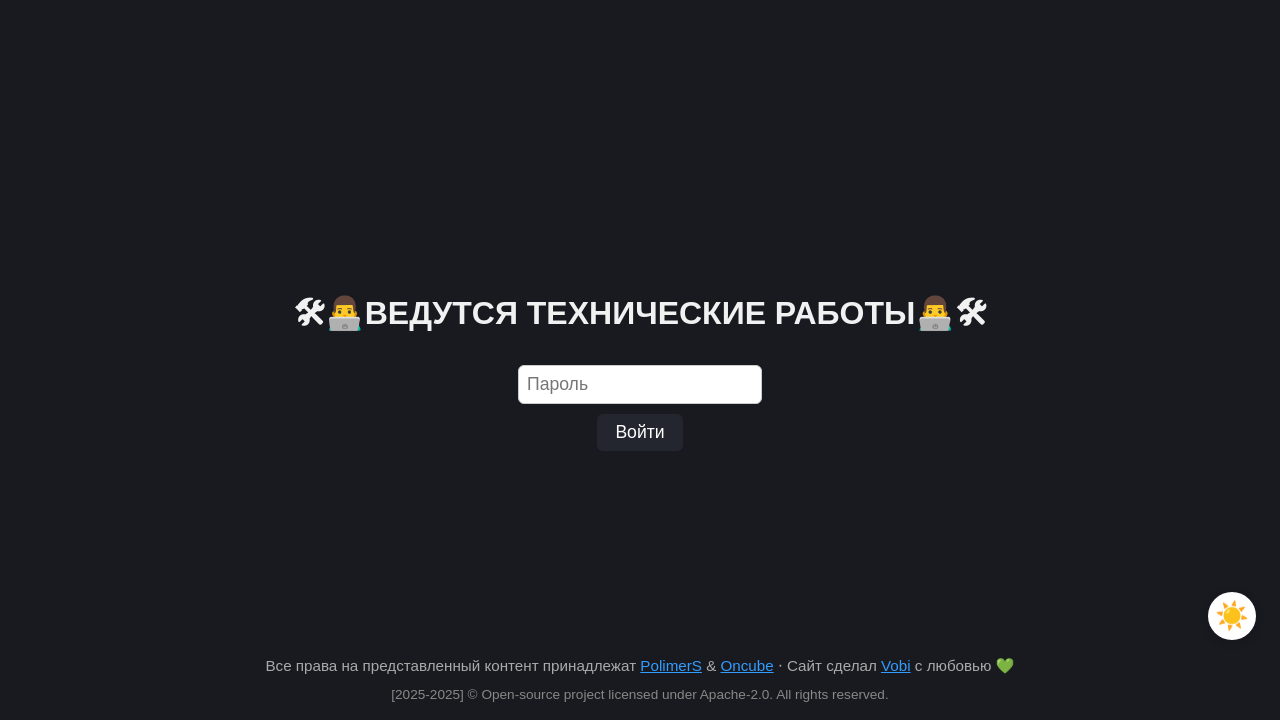
Repository: oncube-dev/OnCube-dev_website
Page: files_for_hosting/html_plus_js.version/index.html
The author's editor kept a copy of each file at every save. The page is drawn from the files as they stood at one save, then again after the next save.
The browser window is 1280 px wide. The pictures show the whole page.
The page's requests for data from a server got no answer.

Above is the page before, as saved 2025-07-28 16:33:52.

After the next save:
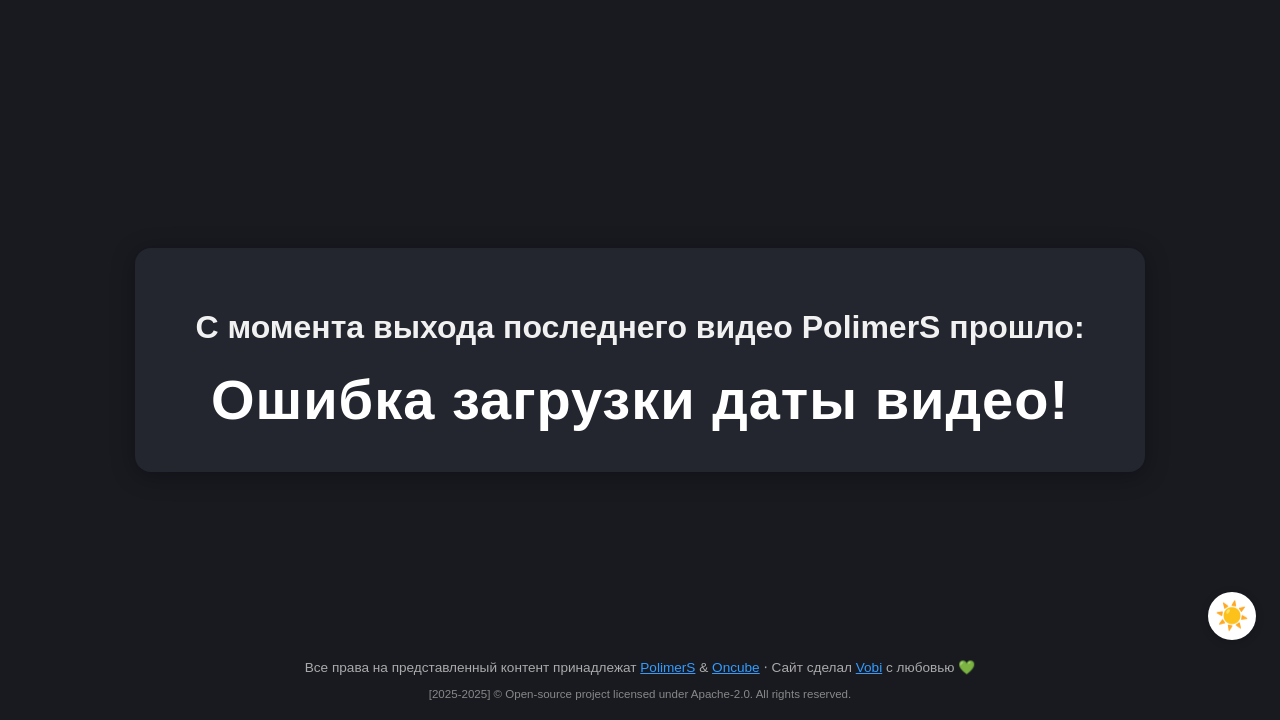
Saved 4 min 27 s later.
--- a/files_for_hosting/html_plus_js.version/index.html
+++ b/files_for_hosting/html_plus_js.version/index.html
@@ -6,64 +6,24 @@
     <link rel="stylesheet" href="style.css">
     <style>
         body { transition: background 0.2s, color 0.2s; }
-        #auth-copyright {
-            position: absolute;
-            left: 0;
-            right: 0;
-            bottom: 24px;
-            text-align: center;
-            font-size: 0.85em;
-            color: #888;
-            width: 100%;
-            pointer-events: none;
-        }
-        .footer-note {
-            position: fixed;
-            left: 0;
-            right: 0;
-            bottom: 45px;
-            text-align: center;
-            font-size: 0.95em;
-            color: #888;
-            width: 100vw;
-            z-index: 101;
-            background: none;
-            pointer-events: none;
-        }
-        #auth-copyright {
-            position: fixed;
-            left: 0;
-            right: 0;
-            bottom: 18px;
-            text-align: center;
-            font-size: 0.85em;
-            color: #888;
-            width: 100vw;
-            pointer-events: none;
-            z-index: 100;
-        }
     </style>
 </head>
-<body class="dark-theme">
-    <div id="auth-container" style="display:flex; flex-direction:column; align-items:center; justify-content:center; min-height:100vh; position:relative;">
-        <h1>🛠👨‍💻ВЕДУТСЯ ТЕХНИЧЕСКИЕ РАБОТЫ👨‍💻🛠</h1>
-        <input type="password" id="password-input" placeholder="Пароль" style="padding:8px; font-size:1.1em; margin-bottom:10px; border-radius:6px; border:1px solid #ccc;">
-        <button id="login-btn" style="padding:8px 18px; font-size:1.1em; border-radius:6px; border:none; background:#23262f; color:#fff; cursor:pointer;">Войти</button>
-        <div id="auth-error" style="color:#d32f2f; margin-top:10px; display:none;">Неверный пароль!</div>
-    </div>
-    <div id="main-content" style="display:none;">
-        <div class="timer-container">
-            <h1>С момента выхода последнего видео PolimerS прошло:</h1>
-            <div id="timer">Загрузка...</div>
-        </div>
+<body>
+    <div class="timer-container">
+        <h1>С момента выхода последнего видео PolimerS прошло:</h1>
+        <div id="timer">Загрузка...</div>
     </div>
     <button id="theme-toggle" class="theme-toggle-btn" title="Переключить тему">🌙</button>
     <footer class="footer-note">
         Все права на представленный контент принадлежат <a href="https://www.youtube.com/@PolimerS" target="_blank" style="text-decoration:underline;">PolimerS</a> & <a href="https://github.com/oncube-dev" target="_blank" style="text-decoration:underline;">Oncube</a> ⋅ Сайт сделал <a href="https://vobi.bio.link/" target="_blank" style="text-decoration:underline;">Vobi</a> с любовью 💚
+        </div>
+        <div style="font-size:0.85em; color:#888; margin-top:13px;">
+            [2025-2025] © Open-source project licensed under Apache-2.0. All rights reserved.
+        </div>
     </footer>
-    <div id="auth-copyright">[2025-2025] © Open-source project licensed under Apache-2.0. All rights reserved.</div>
-    <script src="info_script.js"></script>
     <script>
+        const API_KEY = 'AIzaSyD_5JR2KFtfjfmsiwnueCyyJkvWOh__aOI';
+        const CHANNEL_ID = 'UCACwRQLU0Bq5yxijfnBPRfQ';
 
         let startDate = null;
 
@@ -127,8 +87,6 @@
         const darkClass = 'dark-theme';
         let themePref = localStorage.getItem('theme');
         let isDark = themePref === null ? true : themePref === 'dark';
-        // Если темы нет в localStorage, сразу записываем 'dark' для единообразия
-        if (themePref === null) localStorage.setItem('theme', 'dark');
         setTheme(isDark);
         toggleBtn.onclick = () => {
             isDark = !isDark;
@@ -145,28 +103,5 @@
             }
         }
     </script>
-    <script>
-
-        const authContainer = document.getElementById('auth-container');
-        const mainContent = document.getElementById('main-content');
-        const loginBtn = document.getElementById('login-btn');
-        const passwordInput = document.getElementById('password-input');
-        const authError = document.getElementById('auth-error');
-        function tryLogin() {
-            if (passwordInput.value === AUTH_PASSWORD) {
-                authContainer.style.display = 'none';
-                mainContent.style.display = '';
-            } else {
-                authError.style.display = 'block';
-                passwordInput.value = '';
-                passwordInput.focus();
-            }
-        }
-        loginBtn.onclick = tryLogin;
-        passwordInput.addEventListener('keydown', function(e) {
-            if (e.key === 'Enter') tryLogin();
-        });
-
-    </script>
 </body>
 </html>

After the save that followed:
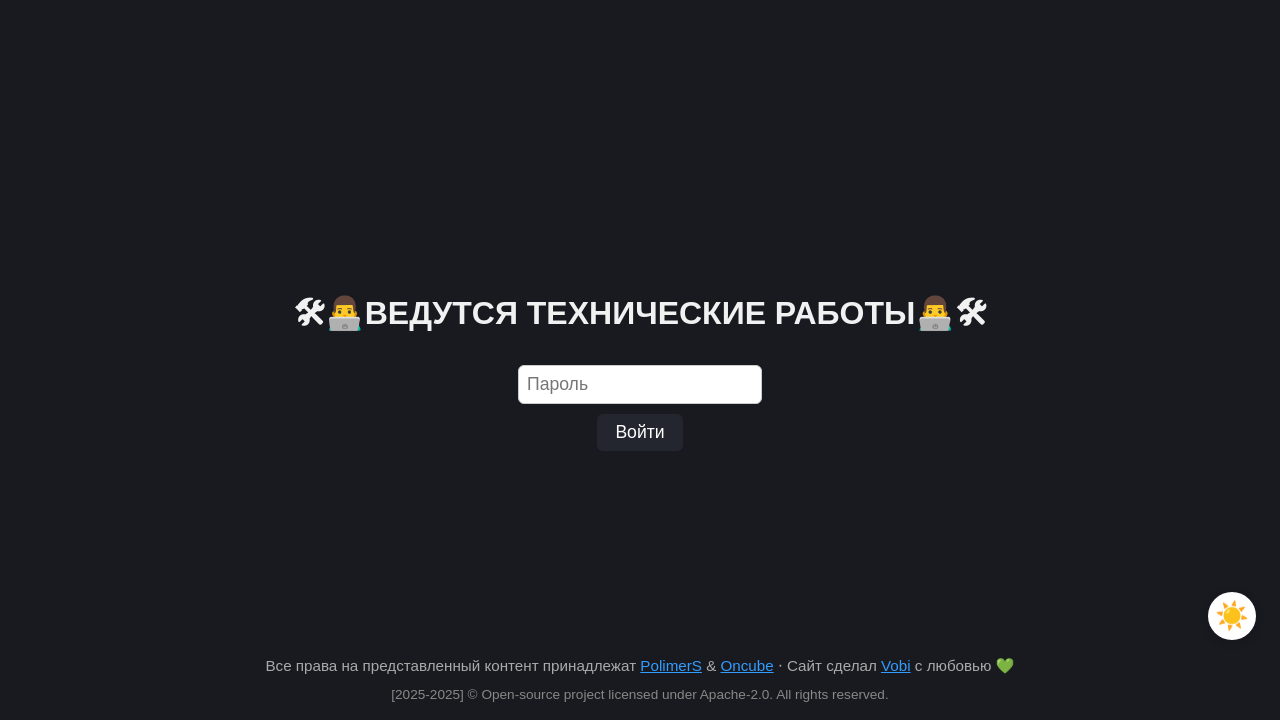
Saved 21 s later.
--- a/files_for_hosting/html_plus_js.version/index.html
+++ b/files_for_hosting/html_plus_js.version/index.html
@@ -6,24 +6,63 @@
     <link rel="stylesheet" href="style.css">
     <style>
         body { transition: background 0.2s, color 0.2s; }
+        #auth-copyright {
+            position: absolute;
+            left: 0;
+            right: 0;
+            bottom: 24px;
+            text-align: center;
+            font-size: 0.85em;
+            color: #888;
+            width: 100%;
+            pointer-events: none;
+        }
+        .footer-note {
+            position: fixed;
+            left: 0;
+            right: 0;
+            bottom: 45px;
+            text-align: center;
+            font-size: 0.95em;
+            color: #888;
+            width: 100vw;
+            z-index: 101;
+            background: none;
+            pointer-events: none;
+        }
+        #auth-copyright {
+            position: fixed;
+            left: 0;
+            right: 0;
+            bottom: 18px;
+            text-align: center;
+            font-size: 0.85em;
+            color: #888;
+            width: 100vw;
+            pointer-events: none;
+            z-index: 100;
+        }
     </style>
 </head>
-<body>
-    <div class="timer-container">
-        <h1>С момента выхода последнего видео PolimerS прошло:</h1>
-        <div id="timer">Загрузка...</div>
+<body class="dark-theme">
+    <div id="auth-container" style="display:flex; flex-direction:column; align-items:center; justify-content:center; min-height:100vh; position:relative;">
+        <h1>🛠👨‍💻ВЕДУТСЯ ТЕХНИЧЕСКИЕ РАБОТЫ👨‍💻🛠</h1>
+        <input type="password" id="password-input" placeholder="Пароль" style="padding:8px; font-size:1.1em; margin-bottom:10px; border-radius:6px; border:1px solid #ccc;">
+        <button id="login-btn" style="padding:8px 18px; font-size:1.1em; border-radius:6px; border:none; background:#23262f; color:#fff; cursor:pointer;">Войти</button>
+        <div id="auth-error" style="color:#d32f2f; margin-top:10px; display:none;">Неверный пароль!</div>
+    </div>
+    <div id="main-content" style="display:none;">
+        <div class="timer-container">
+            <h1>С момента выхода последнего видео PolimerS прошло:</h1>
+            <div id="timer">Загрузка...</div>
+        </div>
     </div>
     <button id="theme-toggle" class="theme-toggle-btn" title="Переключить тему">🌙</button>
     <footer class="footer-note">
         Все права на представленный контент принадлежат <a href="https://www.youtube.com/@PolimerS" target="_blank" style="text-decoration:underline;">PolimerS</a> & <a href="https://github.com/oncube-dev" target="_blank" style="text-decoration:underline;">Oncube</a> ⋅ Сайт сделал <a href="https://vobi.bio.link/" target="_blank" style="text-decoration:underline;">Vobi</a> с любовью 💚
-        </div>
-        <div style="font-size:0.85em; color:#888; margin-top:13px;">
-            [2025-2025] © Open-source project licensed under Apache-2.0. All rights reserved.
-        </div>
     </footer>
+    <div id="auth-copyright">[2025-2025] © Open-source project licensed under Apache-2.0. All rights reserved.</div>
     <script>
-        const API_KEY = 'AIzaSyD_5JR2KFtfjfmsiwnueCyyJkvWOh__aOI';
-        const CHANNEL_ID = 'UCACwRQLU0Bq5yxijfnBPRfQ';
 
         let startDate = null;
 
@@ -87,6 +126,8 @@
         const darkClass = 'dark-theme';
         let themePref = localStorage.getItem('theme');
         let isDark = themePref === null ? true : themePref === 'dark';
+        // Если темы нет в localStorage, сразу записываем 'dark' для единообразия
+        if (themePref === null) localStorage.setItem('theme', 'dark');
         setTheme(isDark);
         toggleBtn.onclick = () => {
             isDark = !isDark;
@@ -103,5 +144,35 @@
             }
         }
     </script>
+    <script>
+
+        const authContainer = document.getElementById('auth-container');
+        const mainContent = document.getElementById('main-content');
+        const loginBtn = document.getElementById('login-btn');
+        const passwordInput = document.getElementById('password-input');
+        const authError = document.getElementById('auth-error');
+        function tryLogin() {
+            if (passwordInput.value === AUTH_PASSWORD) {
+                authContainer.style.display = 'none';
+                mainContent.style.display = '';
+                loadInfoScript();
+            } else {
+                authError.style.display = 'block';
+                passwordInput.value = '';
+                passwordInput.focus();
+            }
+        }
+        loginBtn.onclick = tryLogin;
+        passwordInput.addEventListener('keydown', function(e) {
+            if (e.key === 'Enter') tryLogin();
+        });
+
+        // Динамическая загрузка info_script.js
+        function loadInfoScript() {
+            const s = document.createElement('script');
+            s.src = 'info_script.js';
+            document.body.appendChild(s);
+        }
+    </script>
 </body>
 </html>
